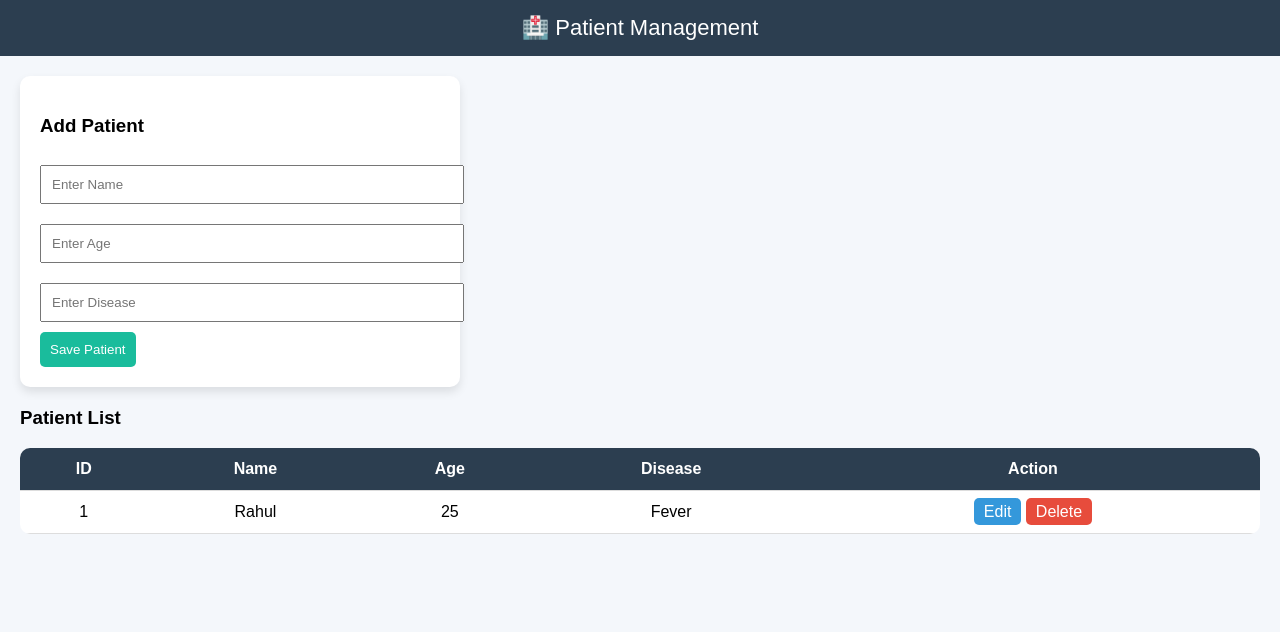
Repository: Ramjangori/Spring_Boot
Page: http://localhost/PatientsManagementProject/views/patient.jsp
An editor plug-in stored every save of this project. The page is shown before and after the next save, followed by the edit.
The browser window is 1280 px wide. The pictures show the whole page.
The page is served by Tomcat 9.

Above is the page before, as saved 2026-05-05 03:39:40.

After the next save:
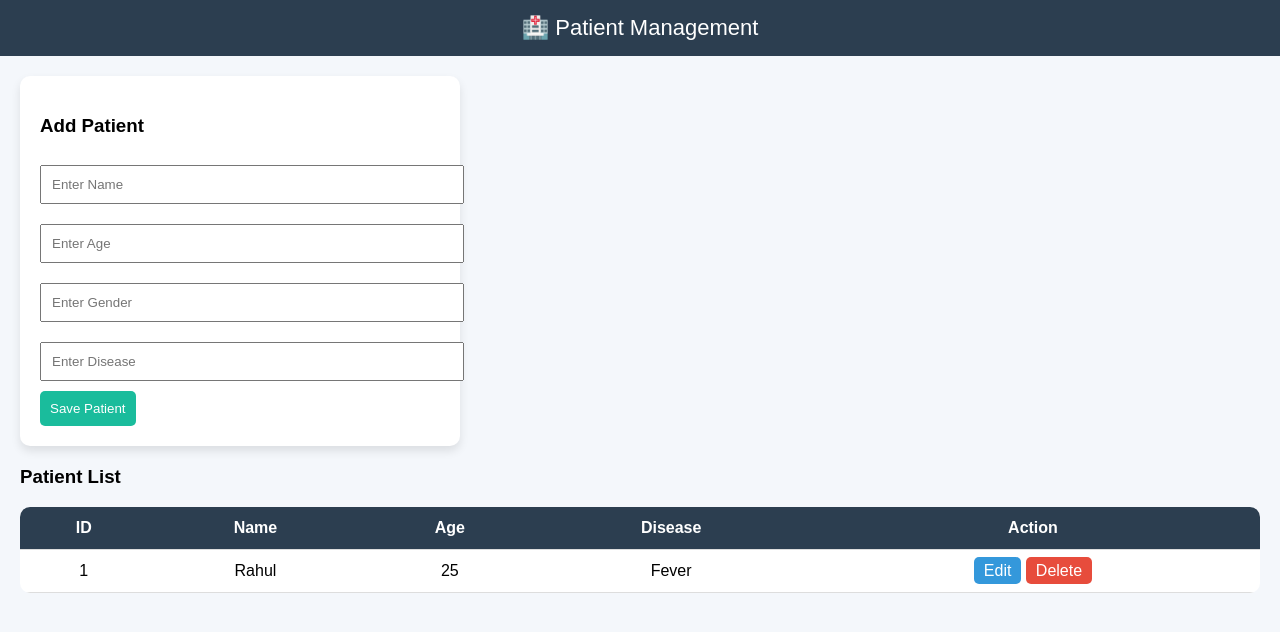
Saved 87 s later.
--- a/PatientsManagementProject/src/main/webapp/views/patient.jsp
+++ b/PatientsManagementProject/src/main/webapp/views/patient.jsp
@@ -106,6 +106,7 @@
         <form action="/savePatient" method="post">
             <input type="text" name="name" placeholder="Enter Name" required>
             <input type="number" name="age" placeholder="Enter Age" required>
+			<input type="text" name="gender" placeholder="Enter Gender" required>
             <input type="text" name="disease" placeholder="Enter Disease" required>
 
             <button type="submit" class="btn">Save Patient</button>
